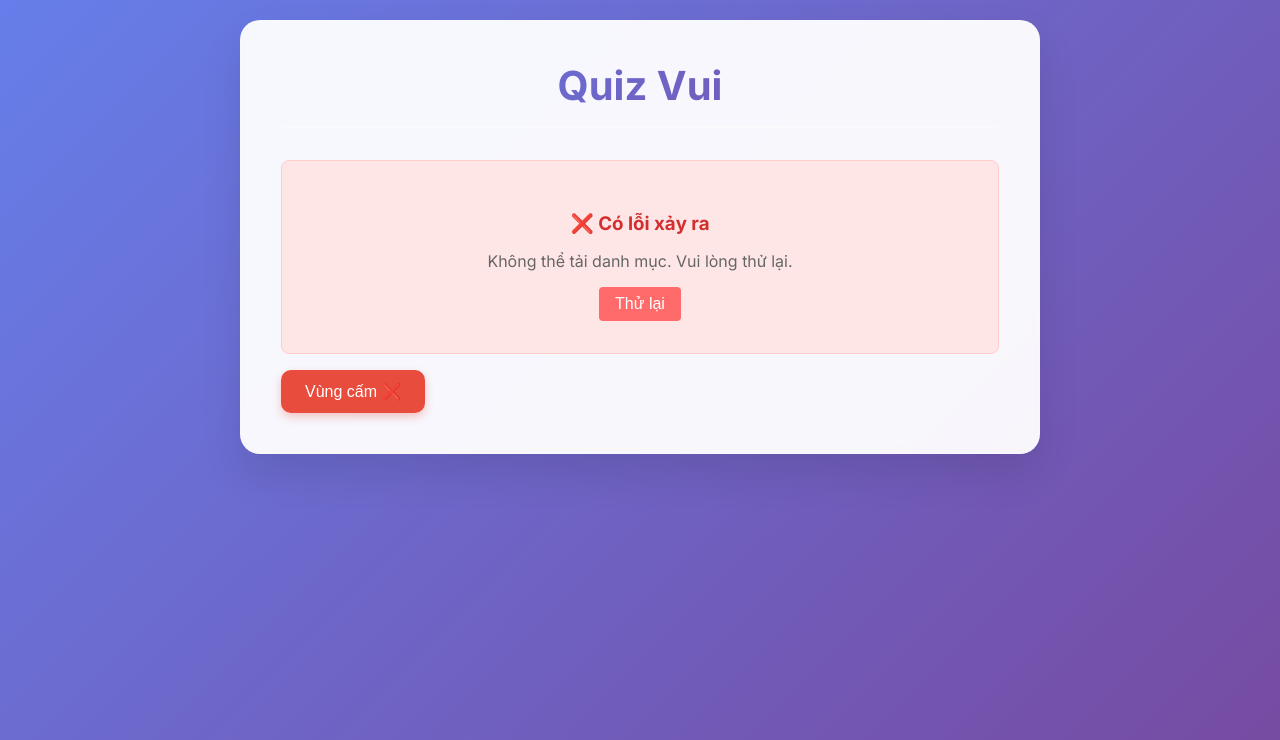
Repository: HuynhPPP/Quiz_App
Page: / (app in frontend/)
An editor plug-in stored every save of this project. The page is shown before and after the next save, followed by the edit.
The browser window is 1280 px wide. The pictures show the whole page.
The page's requests for data from a server got no answer. The project was rebuilt for these pictures with package versions that can differ from the ones it lists, and the page was loaded fresh each time. No one was signed in, and anything a server would have sent is missing. Also part of the build but not shown: frontend/vite.config.js, frontend/src/components/Resutl.jsx, frontend/src/components/Review.jsx, frontend/src/components/PlayerNameSetup.jsx, frontend/src/components/Leaderboard.jsx, frontend/src/services/adminAPI.js, frontend/src/styles/admin.css, frontend/src/components/admin/QuestionManagement.jsx and 3 more.

Above is the page before, as saved 2025-09-28 13:41:30.

After the next save:
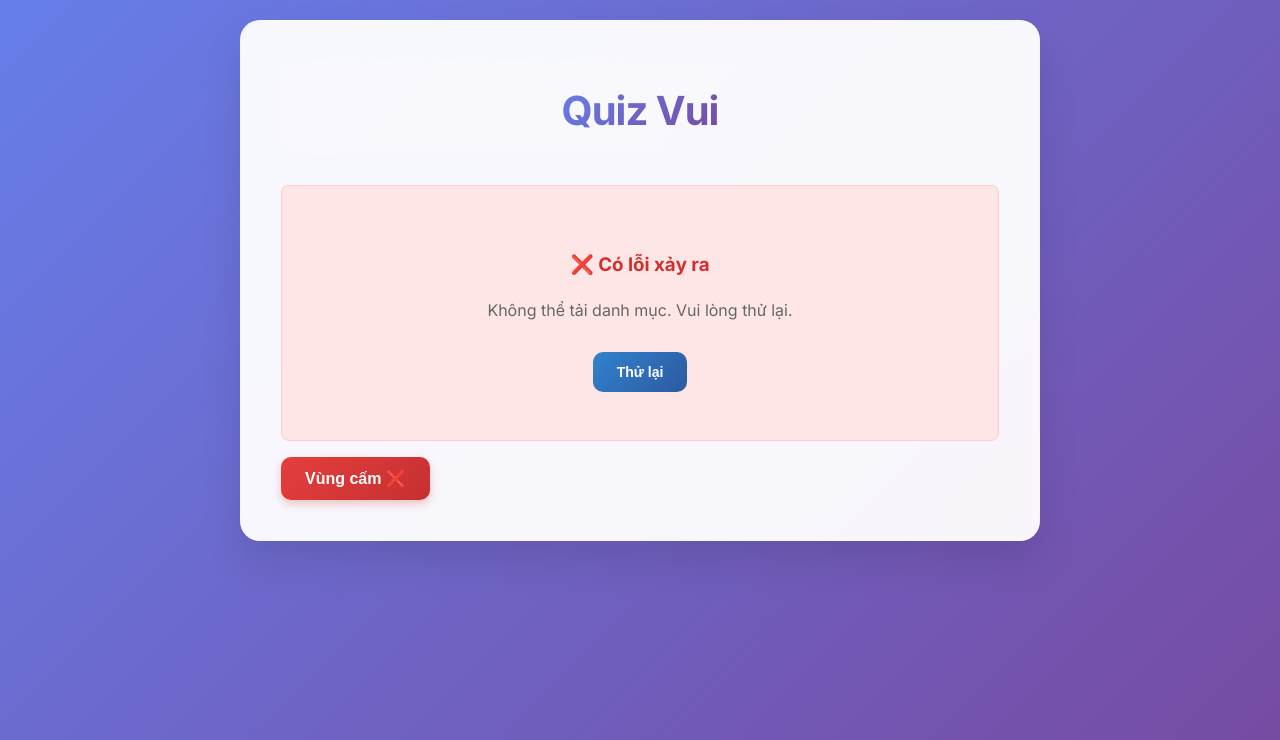
Saved 6 s later.
--- a/frontend/src/index.css
+++ b/frontend/src/index.css
@@ -1,6 +1,7 @@
-/* Import API integration styles */
+/* Import styles */
 @import './styles/api-integration.css';
 @import './styles/admin.css';
+@import './styles/responsive.css';
 
 /* Global reset and styling */
 body {
